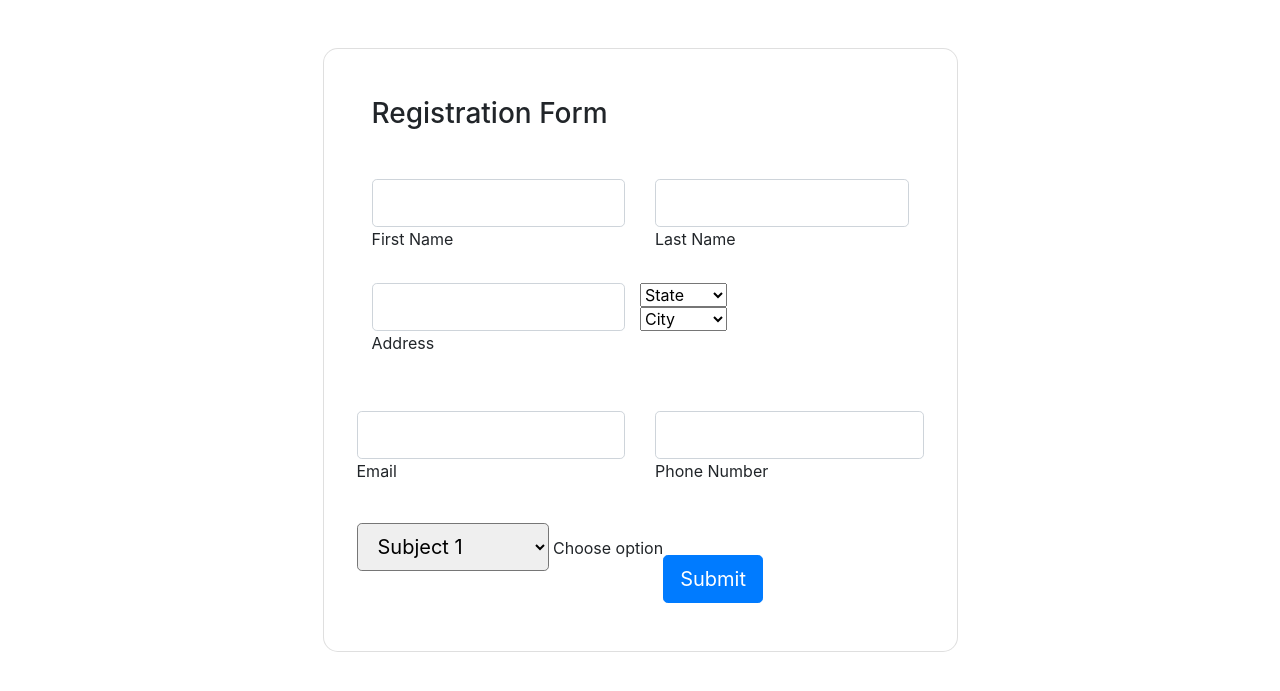
Repository: KeithKeithZ/libapp
Page: http://localhost/userRegister
An editor plug-in stored every save of this project. The page is shown before and after the next save, followed by the edit.
The browser window is 1280 px wide. The pictures show the whole page.
The page is served by the project's Laravel application, run on PHP 8.4 with Laravel 8. Other server files are loaded and not shown.

Above is the page before, as saved 2021-12-03 11:01:46.

### routes/web.php
<?php

use Illuminate\Support\Facades\Route;

/*
|--------------------------------------------------------------------------
| Web Routes
|--------------------------------------------------------------------------
|
| Here is where you can register web routes for your application. These
| routes are loaded by the RouteServiceProvider within a group which
| contains the "web" middleware group. Now create something great!
|
*/

Route::get('/', function () {
    return view('welcome');
});

Route::get('/Users', function () {
    return view('users');
});

Route::get('/userLogin', function () {
    return view('userSignIn');
});

Route::get('/userRegister', function () {
    return view('userRegister');
});

### resources/views/userRegister.blade.php
<!DOCTYPE html>
<html lang="{{ str_replace('_', '-', app()->getLocale()) }}">
    <head>
        <title>Bootstrap Example</title>
        <meta charset="utf-8">
        <meta name="viewport" content="width=device-width, initial-scale=1">
        <link rel="stylesheet" href="https://stackpath.bootstrapcdn.com/bootstrap/4.1.3/css/bootstrap.min.css" integrity="sha384-MCw98/SFnGE8fJT3GXwEOngsV7Zt27NXFoaoApmYm81iuXoPkFOJwJ8ERdknLPMO" crossorigin="anonymous">
        <script src="https://code.jquery.com/jquery-3.3.1.slim.min.js" integrity="sha384-q8i/X+965DzO0rT7abK41JStQIAqVgRVzpbzo5smXKp4YfRvH+8abtTE1Pi6jizo" crossorigin="anonymous"></script>
        <script src="https://cdnjs.cloudflare.com/ajax/libs/popper.js/1.14.3/umd/popper.min.js" integrity="sha384-ZMP7rVo3mIykV+2+9J3UJ46jBk0WLaUAdn689aCwoqbBJiSnjAK/l8WvCWPIPm49" crossorigin="anonymous"></script>
        <script src="https://stackpath.bootstrapcdn.com/bootstrap/4.1.3/js/bootstrap.min.js" integrity="sha384-ChfqqxuZUCnJSK3+MXmPNIyE6ZbWh2IMqE241rYiqJxyMiZ6OW/JmZQ5stwEULTy" crossorigin="anonymous"></script>
    </head>

    <section class="vh-100 gradient-custom">
        <div class="container py-5 h-100">
            <div class="row justify-content-center align-items-center h-100">
            <div class="col-12 col-lg-9 col-xl-7">
                <div class="card shadow-2-strong card-registration" style="border-radius: 15px;">
                <div class="card-body p-4 p-md-5">
                    <h3 class="mb-4 pb-2 pb-md-0 mb-md-5">Registration Form</h3>
                    <form>

                    <div class="row">
                        <div class="col-md-6 mb-4">

                        <div class="form-outline">
                            <input type="text" id="firstName" class="form-control form-control-lg" />
                            <label class="form-label" for="firstName">First Name</label>
                        </div>

                        </div>
                        <div class="col-md-6 mb-4">

                        <div class="form-outline">
                            <input type="text" id="lastName" class="form-control form-control-lg" />
                            <label class="form-label" for="lastName">Last Name</label>
                        </div>

                        </div>
                    </div>

                    <div class="row">
                        <div class="col-md-6 mb-4 d-flex align-items-center">

                        <div class="form-outline mb-4">
                            <input type="text" id="form3Example8" class="form-control form-control-lg" />
                            <label class="form-label" for="form3Example8">Address</label>
                        </div>

                        </div>

                        <div class="row">
                            <div class="col-md-6 mb-4 pb-2">

                                <div class="form-outline">
                                    <select>
                                        <option value="1">State</option>
                                        <option value="2">Option 1</option>
                                        <option value="3">Option 2</option>
                                        <option value="4">Option 3</option>
                                    </select>

                                </div>

                                <div class="form-outline mb-4">

                                    <select class="select">
                                        <option value="1">City</option>
                                        <option value="2">Option 1</option>
                                        <option value="3">Option 2</option>
                                        <option value="4">Option 3</option>
                                    </select>
                                </div>
                            </div>
                        </div>

                    <div class="row">
                        <div class="col-md-6 mb-4 pb-2">

                        <div class="form-outline">
                            <input type="email" id="emailAddress" class="form-control form-control-lg" />
                            <label class="form-label" for="emailAddress">Email</label>
                        </div>

                        </div>
                        <div class="col-md-6 mb-4 pb-2">

                        <div class="form-outline">
                            <input type="tel" id="phoneNumber" class="form-control form-control-lg" />
                            <label class="form-label" for="phoneNumber">Phone Number</label>
                        </div>

                        </div>
                    </div>

                    <div class="row">
                        <div class="col-12">

                        <select class="select form-control-lg">
                            <option value="1" disabled>Choose option</option>
                            <option value="2">Subject 1</option>
                            <option value="3">Subject 2</option>
                            <option value="4">Subject 3</option>
                        </select>
                        <label class="form-label select-label">Choose option</label>

                        </div>
                    </div>

                    <div class="mt-4 pt-2">
                        <input class="btn btn-primary btn-lg" type="submit" value="Submit" />
                    </div>

                    </form>
                </div>
                </div>
            </div>
            </div>
        </div>
    </section>

</html>

After the next save:
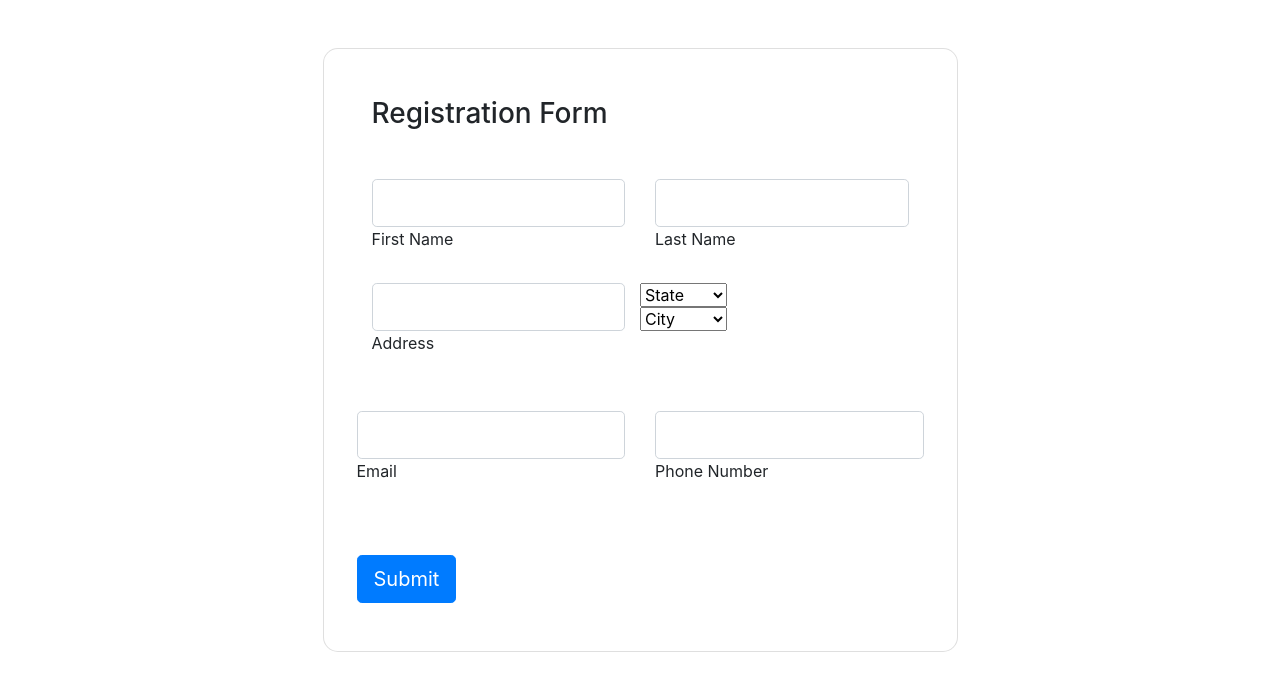
Saved 32 s later.
--- a/resources/views/userRegister.blade.php
+++ b/resources/views/userRegister.blade.php
@@ -92,20 +92,6 @@
                         </div>
                     </div>
 
-                    <div class="row">
-                        <div class="col-12">
-
-                        <select class="select form-control-lg">
-                            <option value="1" disabled>Choose option</option>
-                            <option value="2">Subject 1</option>
-                            <option value="3">Subject 2</option>
-                            <option value="4">Subject 3</option>
-                        </select>
-                        <label class="form-label select-label">Choose option</label>
-
-                        </div>
-                    </div>
-
                     <div class="mt-4 pt-2">
                         <input class="btn btn-primary btn-lg" type="submit" value="Submit" />
                     </div>
